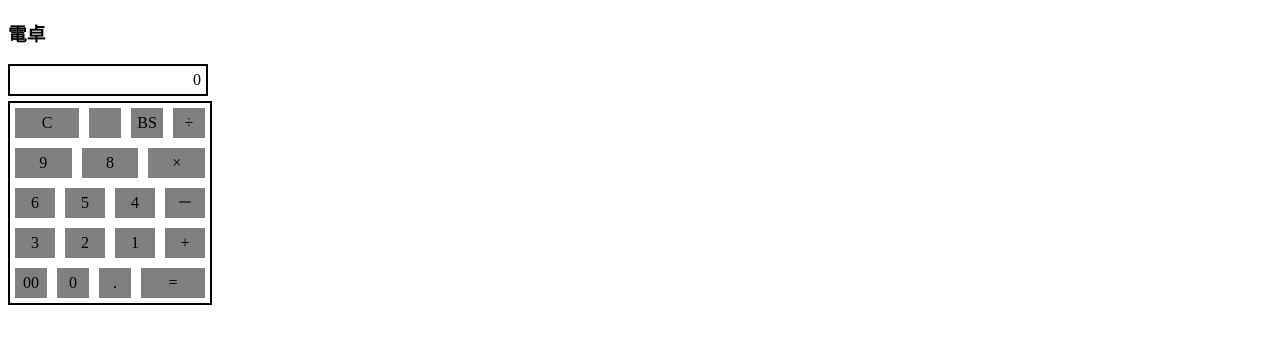
Repository: haya67/jsCalculator
Page: index.html
The author's editor kept a record of every edit. The page is drawn from the files as they stood at one moment, then again after the next edit.
The browser window is 1280 px wide. The pictures show the whole page.
Some web libraries are served in a nearby version.

Above is the page before.

After the next edit:
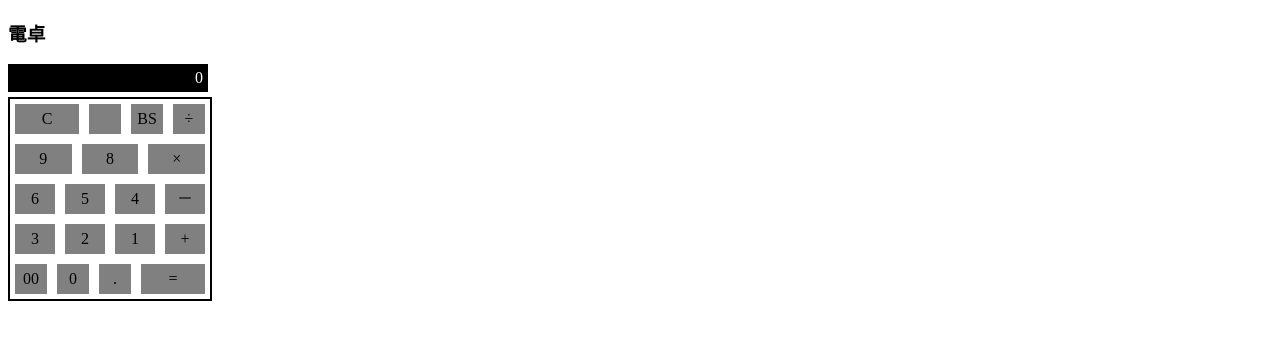
The edit:
--- a/main.css
+++ b/main.css
@@ -7,7 +7,8 @@
   text-align: right;
   padding: 5px;
   margin-bottom: 5px;
-  border:2px solid black;
+  color: white;
+  background-color: black;
   box-sizing: border-box;
   display:none;
 }
